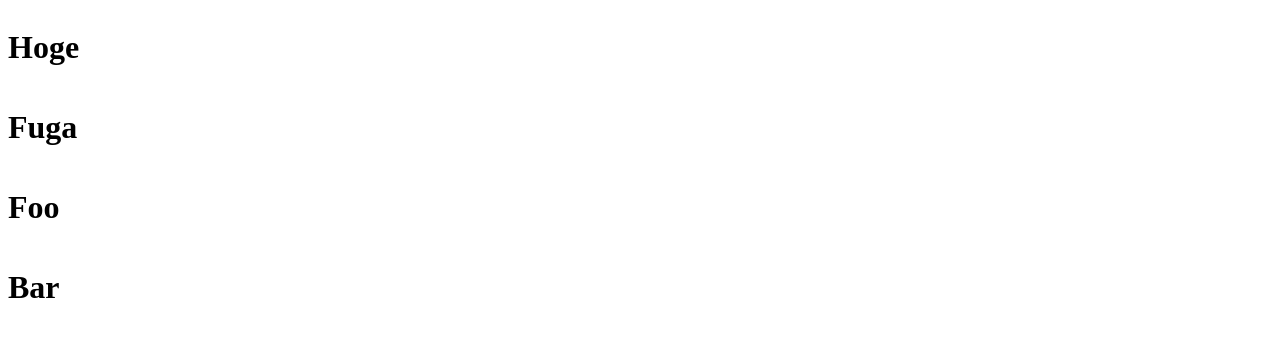
Repository: slowmoter1/samurai_HTML-CSS
Page: Test1/hoge.html
The author's editor kept a record of every edit. The page is drawn from the files as they stood at one moment, then again after the next edit.
The browser window is 1280 px wide. The pictures show the whole page.

Above is the page before.

### Test1/hoge.html
<html lang="ja">
    <head>
        <style>
            #grid {
                display: grid;
                align-template-columns: 200px 200px;
            }
        </style>
    </head>
    <body>
        <div id="grid">
            <h1>Hoge</h1>
            <h1>Fuga</h1>
            <h1>Foo</h1>
            <h1>Bar</h1>
        </div>
    </body>
</html>

After the next edit:
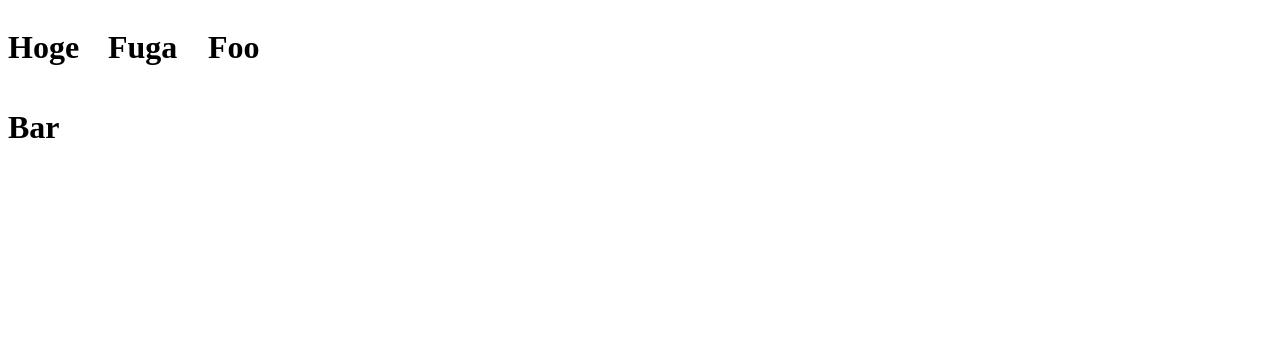
The edit:
--- a/Test1/hoge.html
+++ b/Test1/hoge.html
@@ -3,7 +3,7 @@
         <style>
             #grid {
                 display: grid;
-                align-template-columns: 200px 200px;
+                grid-template-columns: 100px 100px 100px;
             }
         </style>
     </head>
